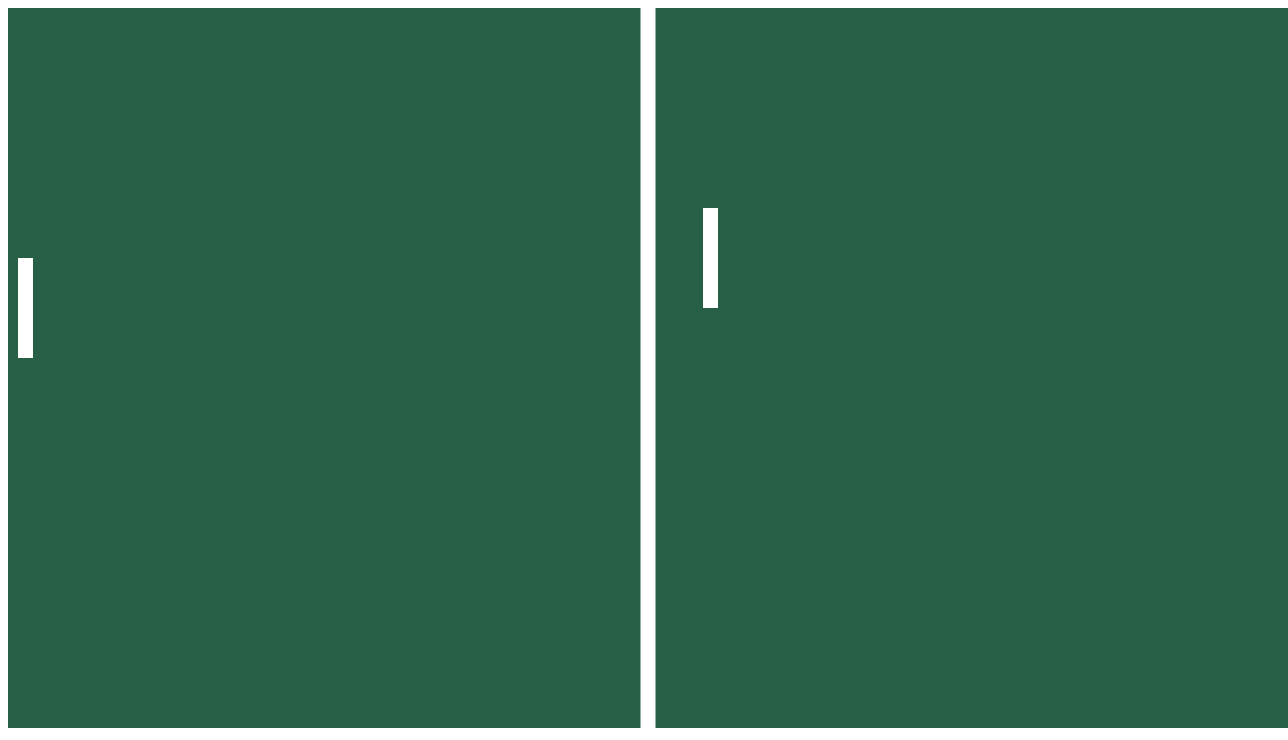
Repository: luizgaivaa/Game
Page: index.html
The author's editor kept a copy of each file at every save. The page is drawn from the files as they stood at one save, then again after the next save.
The browser window is 1280 px wide. The page is 1288 px wide, so the pictures cover 1288 px, including what lies to the right of the window. The pictures show the whole page.

Above is the page before, as saved 2024-03-26 16:18:43.

After the next save:
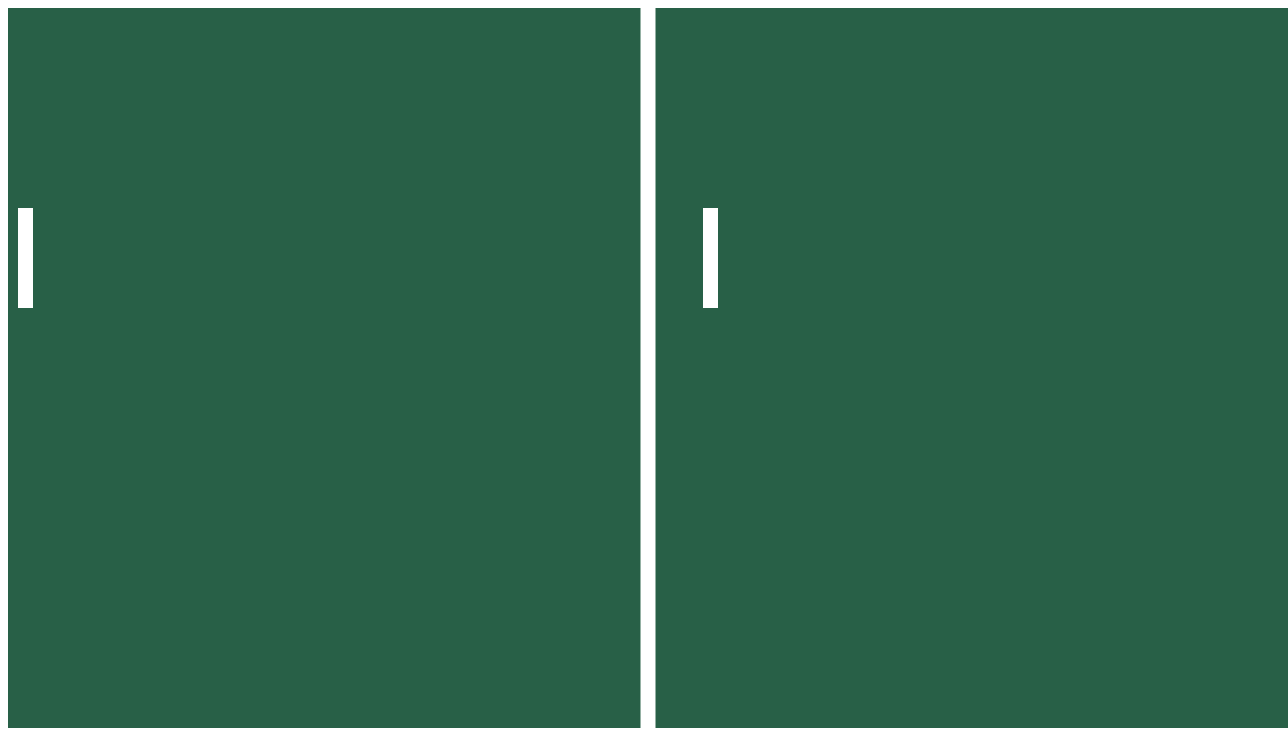
Saved 7 s later.
--- a/index.html
+++ b/index.html
@@ -29,7 +29,7 @@
 
             canvasCtx.fillRect(x,y,w,h)
             //raquete esquerda
-            canvasCtx.fillRect(10,250,lineWidth,100)
+            canvasCtx.fillRect(10,200,lineWidth,100)
 
             //raquete direita
             canvasCtx.fillRect(window.innerHeight - lineWidth - 10, 200, lineWidth, 100)
